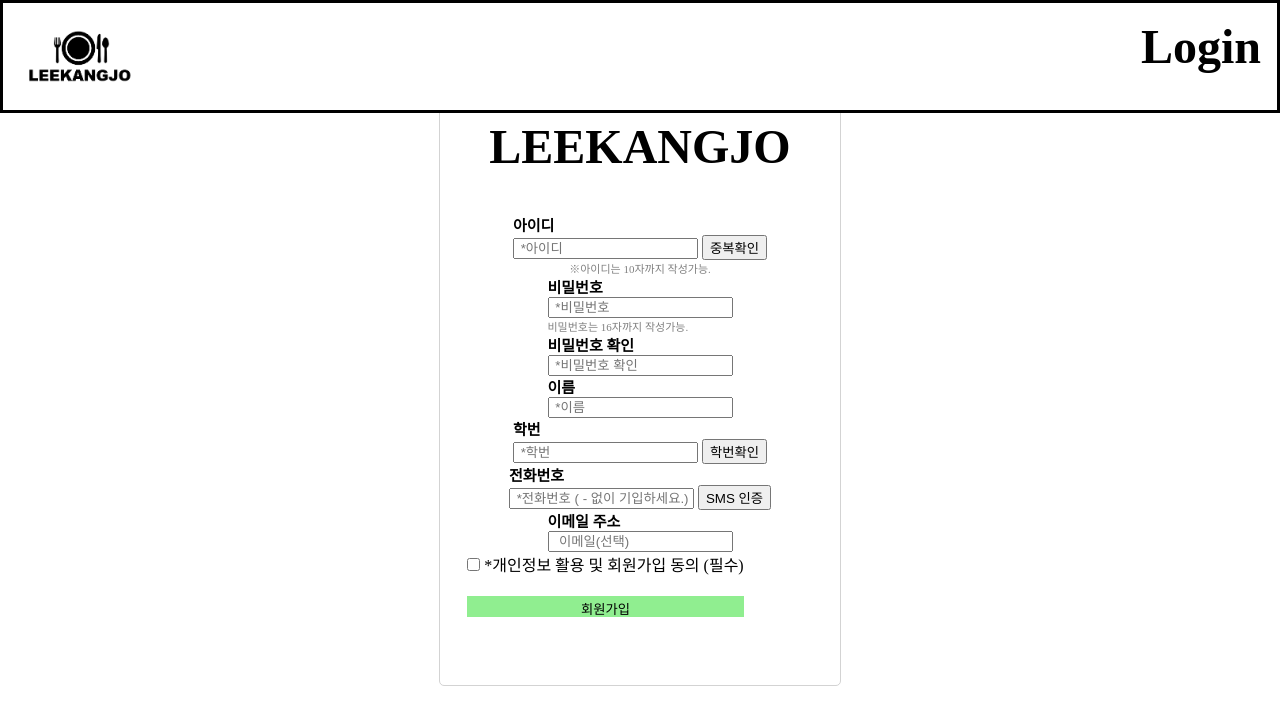
Repository: acredev/Restaurant_Management_System
Page: http://localhost/leekangjo/signup.jsp
These files come from the project's save history. The page is drawn as it stood at one moment and after the next save; the edit follows.
The browser window is 1280 px wide. The pictures show the whole page.
Some web fonts or font styles are not loaded; a fallback is used. The page is served by Tomcat 9. Other server files are loaded and not shown.

Above is the page before, as saved 2023-04-18 10:23:21.

### leekangjo/WebContent/signup.jsp
<!--
회원가입 페이지입니다.
 -->

<%@ page import="java.sql.*" %>

<%@ page language="java" contentType="text/html; charset=UTF-8"
    pageEncoding="UTF-8"%>

<%
try
{
	// JDBC 드라이버 연결
	Class.forName("com.mysql.jdbc.Driver");
	String db_address = "jdbc:mysql://127.0.0.1:3306/kyungmin_store";
	String db_username = "root";
	String db_pwd = "root";
	Connection connection = DriverManager.getConnection(db_address, db_username, db_pwd);

	// 문자열의 인코딩 방식 설정
	request.setCharacterEncoding("UTF-8");
}
catch (Exception ex)
{
	out.println("페이지 처리 중, 오류가 발생했습니다. 아래의 오류 메시지를 참고하여 페이지 관리자에게 문의 바랍니다. 불편을 드려 죄송합니다.\n" + ex.getMessage());
}
%>
<!doctype html>
<html>
    <head>
        <meta charset="utf-8">
        <meta name="viewport" content="width-device-width,initial-scale-1.0,user-scalable=no">
        <title>이강조 회원가입</title>
        <link href="css/Header.css" rel="stylesheet" type="text/css">
        <link href="css/signup_style.css" rel="stylesheet" type="text/css">
        <script type="text/javascript">
			function checkValue()
			{
				var signupForm = document.signup;
				if(!signupForm.id.value)
				{
					alert("아이디를 입력 후 다시 시도해 주세요.");
					return false;
				}
				if(signupForm.idDuplication.value!="idCheck")
				{
					alert("아이디 중복 체크 후 다시 시도해 주세요.");
					return false;
				}
				if(!signupForm.pwd.value)
				{
					alert("비밀번호를 입력 후 다시 시도해 주세요.");
				}
				if(signupForm.pwd.value != form.pwdcheck.value)
				{
					alert("비밀번호가 일치하지 않습니다. 비밀번호를 동일하게 입력 후 다시 시도해 주세요.");
					return false;
				}
				if(!signupForm.name.value)
				{
					alert("이름을 입력 후 다시 시도해 주세요.");
					return false;
				}
				if(!signupForm.stdid.value)
				{
					alert("학번을 입력 후 다시 시도해 주세요.");
				}
				if(!signupForm.tel.value)
				{
					alert("전화번호를 입력 후 다시 시도해 주세요.");
				}
				if(isNaN(signupForm.tel.value))
				{
					alert("전화번호는 - 를 제외한 숫자만 입력 후 다시 시도해 주세요.");
					return false;
				}
			}
			function idchk()
			{
				if (document.signup.id.value == "" || document.signup.id.value.length < 0)
				{
					alert("아이디 입력 후 시도해 주세요.");
					document.singup.id.focus();
				}
				else
				{
					window.open("signup_idchk.jsp?userid=" + document.signup.id.value, "", "width=500, height=300");
				}
				// 새 창을 열어 새 페이지를 열고, 회원 아이디 정보를 가지고 중복체크 함
				// 아이디가 없으면 알림창이 뜨며 진행되지 않음
				window.open("signup_idchk.jsp?userid=" + document.signup.id.value, "", "width=500, height=300");
			}
			function stdnumchk()
			{
				if (document.signup.stdnum.value == "" || document.signup.stdnum.length < 0)
				{
					alert("학번 입력 후 다시 시도해 주세요.");
					document.signup.stdnum.focus();
				}
				else
				{
					window.open("signup_stdnumchk.jsp?stdnum=" + document.signup.stdnum.value, "", "width=500, height=300");
				}
				//window.open("signup_stdnumchk.jsp?stdnum=" + document.signup.stdnum.value, "", "width=500, height=300");
			}
			function telchk()
			{
				if (document.signup.tel.value == "" || document.signup.tel.length < 0)
				{
					alert("학번 입력 후 다시 시도해 주세요.");
					document.signup.tel.focus();
				}
				else
				{
					window.open("signup_telchk.jsp?tel=" + document.signup.tel.value, "", "width=500, height=300");
				}
				//window.open("signup_telchk.jsp?tel=" + document.signup.tel.value, "", "width=500, height=300");
			}
		</script>
    </head>
    <body>
    	<form name="signup" action="signup_send.jsp" method="post">
 	       <header>
 	           <img src="img/Logo4.png" class="Logoimg" onclick ="location.href='index.html'">
	           <h1 onclick ="location.href='Login.html'">Login</h1>
   		   </header>
   		   <div id="Loginmain">
   		   <div class="box">
		   		<h1 class="logo">LEEKANGJO</h1>
				<div>
					<h3>아이디</h3>
					<input type="text" placeholder=" *아이디" id="id" class="account" maxlength="10" name="id">
					<input type="button" class="btn_id_check" onclick="idchk()" value="중복확인">
				</div>
					<p>※아이디는 10자까지 작성가능.</p>
				<div>
					<h3>비밀번호</h3>
					<input type="password" placeholder=" *비밀번호" id="pwd" class="account" maxlength="16" name="pwd">
					<p> 비밀번호는 16자까지 작성가능.</p>
				</div>
				<div>
					<h3>비밀번호 확인</h3>
					<input type="password" placeholder=" *비밀번호 확인" id="pwdcheck" class="account" maxlength="16" name="pwdcheck">
				</div>
				<div>
					<h3>이름</h3>
					<input type="text" placeholder=" *이름" id="name" class="account" maxlength="5" name="name">
				</div>
				<div>
					<h3>학번</h3>
					<input type="text" placeholder=" *학번" id="stdnum" class="account" maxlength="8" name="stdnum">
					<input type="button" class="btn_id_check" onclick="stdnumchk()" value="학번확인">
				</div>
				<div>
					<h3>전화번호</h3>
					<input type="text" placeholder=" *전화번호 ( - 없이 기입하세요.)" id="tel" class="account" maxlength="11" name="tel">
					<button type="button" class="tel_check" id="btnSend"><span class="">SMS 인증</span></button>
				</div>
				<div>
					<h3>이메일 주소</h3>
					<input type="text" placeholder="  이메일(선택)" id="email" class="account" maxlength="30" name="email">
				</div>
				<div>
				<label><input type="checkbox" name="agree" value=""> *개인정보 활용 및 회원가입 동의 (필수)</label>
				<button type="submit" id="login" class="account">회원가입</button>
				<p id="alert" class="account"> </p>
				</div>
           </div>
           </div>
        </form>
    </body>
</html>

### leekangjo/WebContent/css/Header.css
/* 프로젝트 웹페이지의 header 스타일 파일입니다. */

@import url('https://fonts.googleapis.com/css?family=Amatic+SC|Indie+Flower');

*{
    margin: 0;
}

header {
    background-color: #fff;
    height: 75px;
    padding: 1rem;
    border: 3px solid #000;
    align-items: center;
    position: fixed;
    top:0;
    left: 0;
    right: 0;
    float: left;
    z-index: 1;
}

.Logoimg{
    height: 75px;
}

.Logoimg:hover{
    cursor: pointer;
}

h1{
    font-family: 'Indie Flower', cursive;
    font-size: 3em;
    float: right;
}

.logout{
    margin-left: 15px;
}

h1:hover{
    cursor: pointer;
}

#tagbar{
    width: 100%;
    text-align: center;
    padding-top: 120px;
}

.myimg{
    float: right;
    margin-top: 18px;
    height: 35px;
    margin-right: 15px;
}

.myimg:hover{
    cursor: pointer;
}

.logout{
    float: right;
    margin-top: 14px;
    height: 43px;
    margin-right: 15px;
}

.logout:hover{
    cursor: pointer;
}

.find{
    float: right;
    height: 43px;
    margin-top: 14px;
    margin-right: 30px;
}
.

### leekangjo/WebContent/css/signup_style.css
html,body, form{
    height: 100%;
}
#Loginmain{
    height: 100%;
    display: flex;
    justify-content:center;
    align-items : center;
}
.box{
    width: 400px;
    height: 650px;
    display: flex;
    justify-content: center;
    align-items: center;
    flex-direction: column;
    border: 1px solid lightgrey;
    border-radius: 5px;
}
.logo{
    margin-top: 5%;
    margin-bottom: 10%;
}
#login {
    margin-top: 6%;
    width: 80%;
    height: 30%;
    background-color: lightgreen;
    border-color: transparent;
    font-family:

}
p{
    font-size: 11px;
    color: gray;
}
h3{
    font-size: 15px;
}
fieldset{
    text-align: center;
    border: none;
}
.telchk {
    width: 92%;
    padding: 12px;
    font-size: 14px;
    color: #111111;
    border: 0;
    border: 1px #cccccc solid;
    margin-top: 5%;
    margin-bottom: 5%;
}
.emailchk {
    width: 92%;
    padding: 12px;
    font-size: 14px;
    color: #111111;
    border: 0;
    border: 1px #cccccc solid;
    margin-top: 5%;
    margin-bottom: 5%;
}

After the next save:
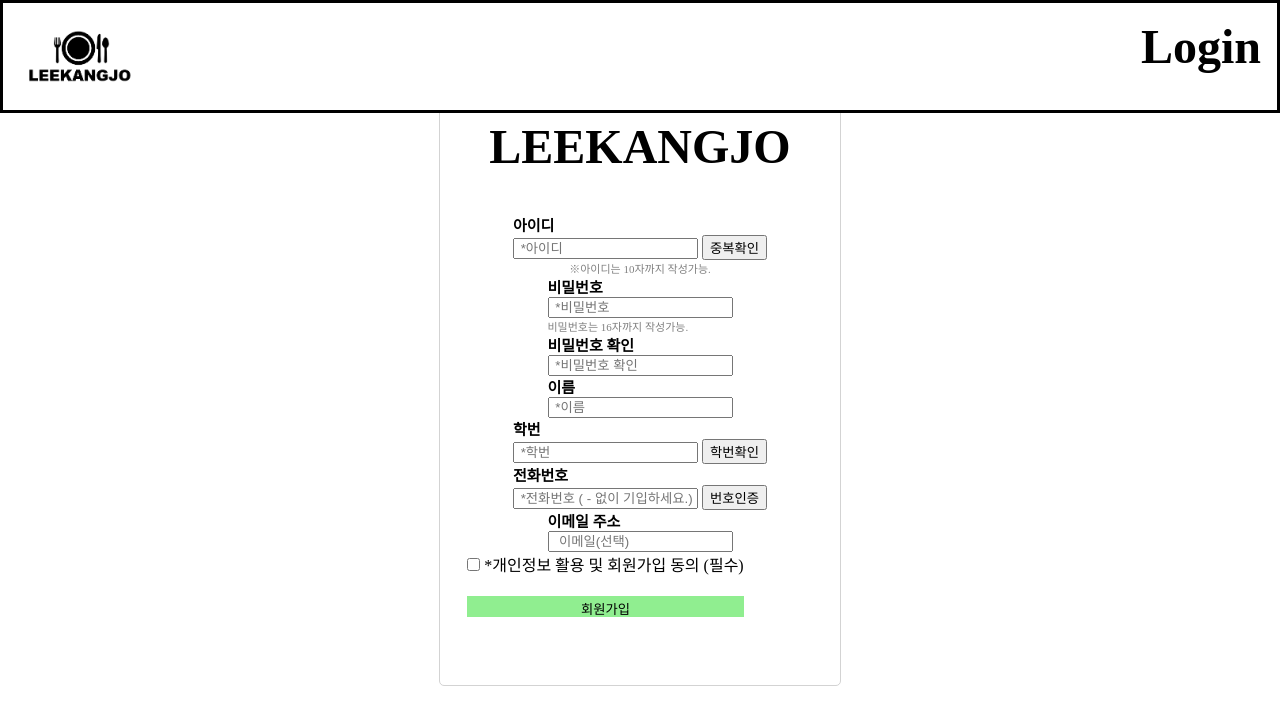
Saved 66 s later.
--- a/leekangjo/WebContent/signup.jsp
+++ b/leekangjo/WebContent/signup.jsp
@@ -154,7 +154,7 @@ catch (Exception ex)
 				<div>
 					<h3>전화번호</h3>
 					<input type="text" placeholder=" *전화번호 ( - 없이 기입하세요.)" id="tel" class="account" maxlength="11" name="tel">
-					<button type="button" class="tel_check" id="btnSend"><span class="">SMS 인증</span></button>
+					<input type="button" class="tel_check" onclick="telchk()" value="번호인증">
 				</div>
 				<div>
 					<h3>이메일 주소</h3>
